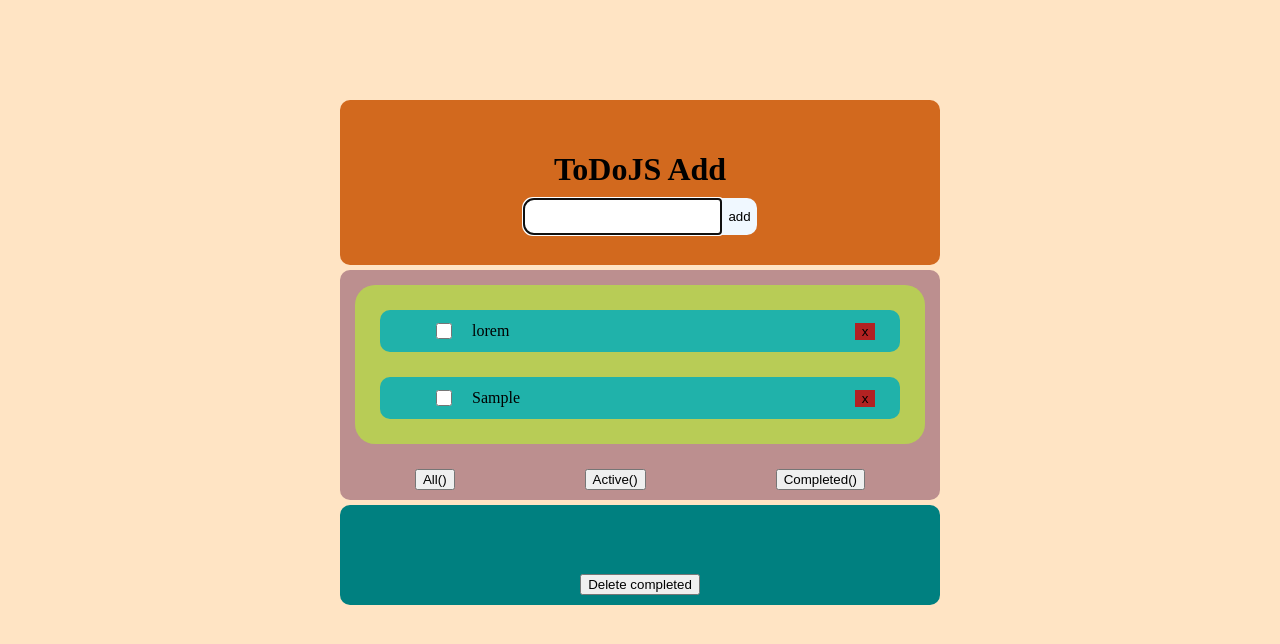
Repository: Savich01/ToDo
Page: index.html
An editor plug-in stored every save of this project. The page is shown before and after the next save, followed by the edit.
The browser window is 1280 px wide. The pictures show the whole page.
Empty fields were first filled with sample values (such as "Sample", 5 or name@example.com).
After loading, the first visible `form.personal` was submitted once.

Above is the page before, as saved 2024-05-06 14:15:35.

After the next save:
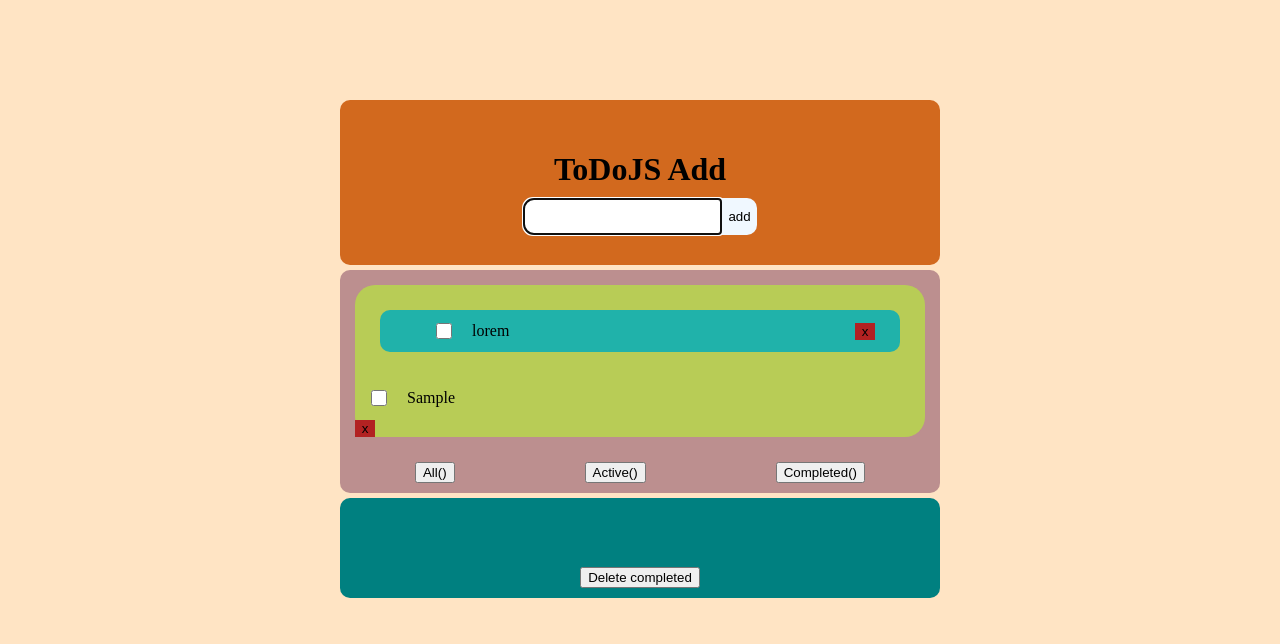
Saved 92 s later.
--- a/js/script.js
+++ b/js/script.js
@@ -17,15 +17,13 @@ function addTask(){
 
     //Формируем разметку для новой задачи
 
-    const taskHTML = `<ul class="main-container--list">
-                    <li class="main-container--list-link">
+    const taskHTML = `<li class="main-container--list-link">
                         <input class="main-checked" type="checkbox">
                         <span class="main-text">${taskText}</span>
                     </li>
                     <button class="main--list-btn">
                         х
                     </button>
-               </ul>
                         `
 
 
